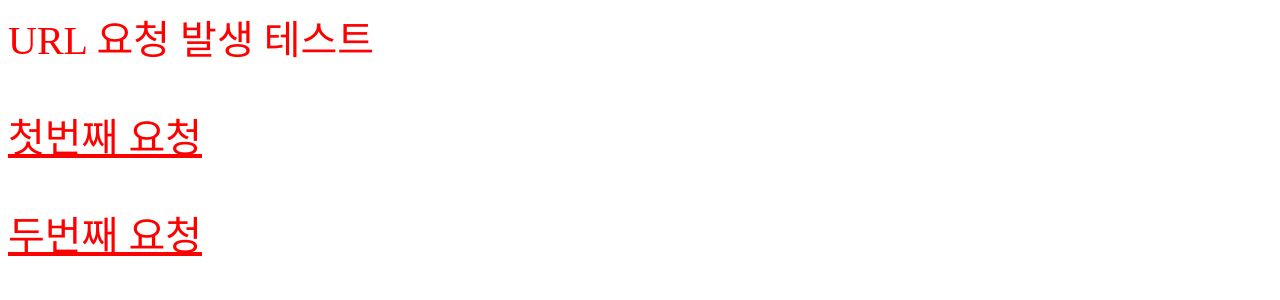
Repository: H-hyeonje/jsp
Page: http://localhost/jsp_example/home
The author's editor kept a copy of each file at every save. The page is drawn from the files as they stood at one save, then again after the next save.
The browser window is 1280 px wide. The pictures show the whole page.
The page is served by Tomcat 10.

Above is the page before, as saved 2024-10-07 07:02:26.

After the next save:
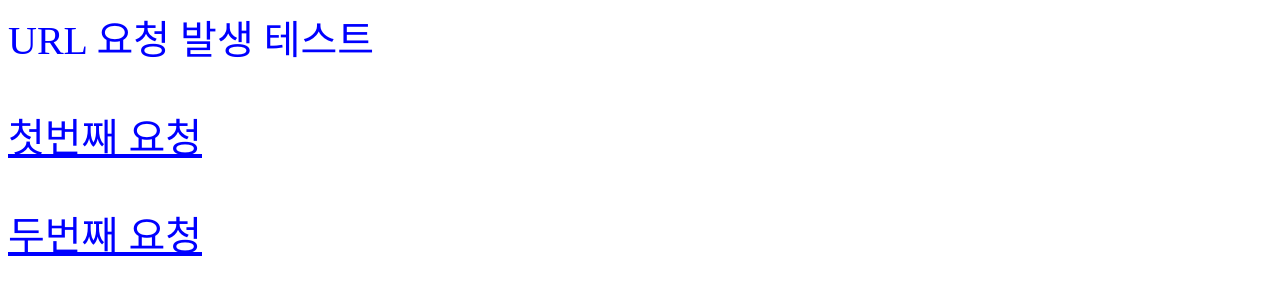
Saved 51 s later.
--- a/jsp_example/src/main/webapp/index.css
+++ b/jsp_example/src/main/webapp/index.css
@@ -1,8 +1,8 @@
 @charset "UTF-8";
 *{
-	color:red;
+	color:blue;
 	font-size :40px;
 }
-body>a{
+body a{
 	color:blue;
 }
